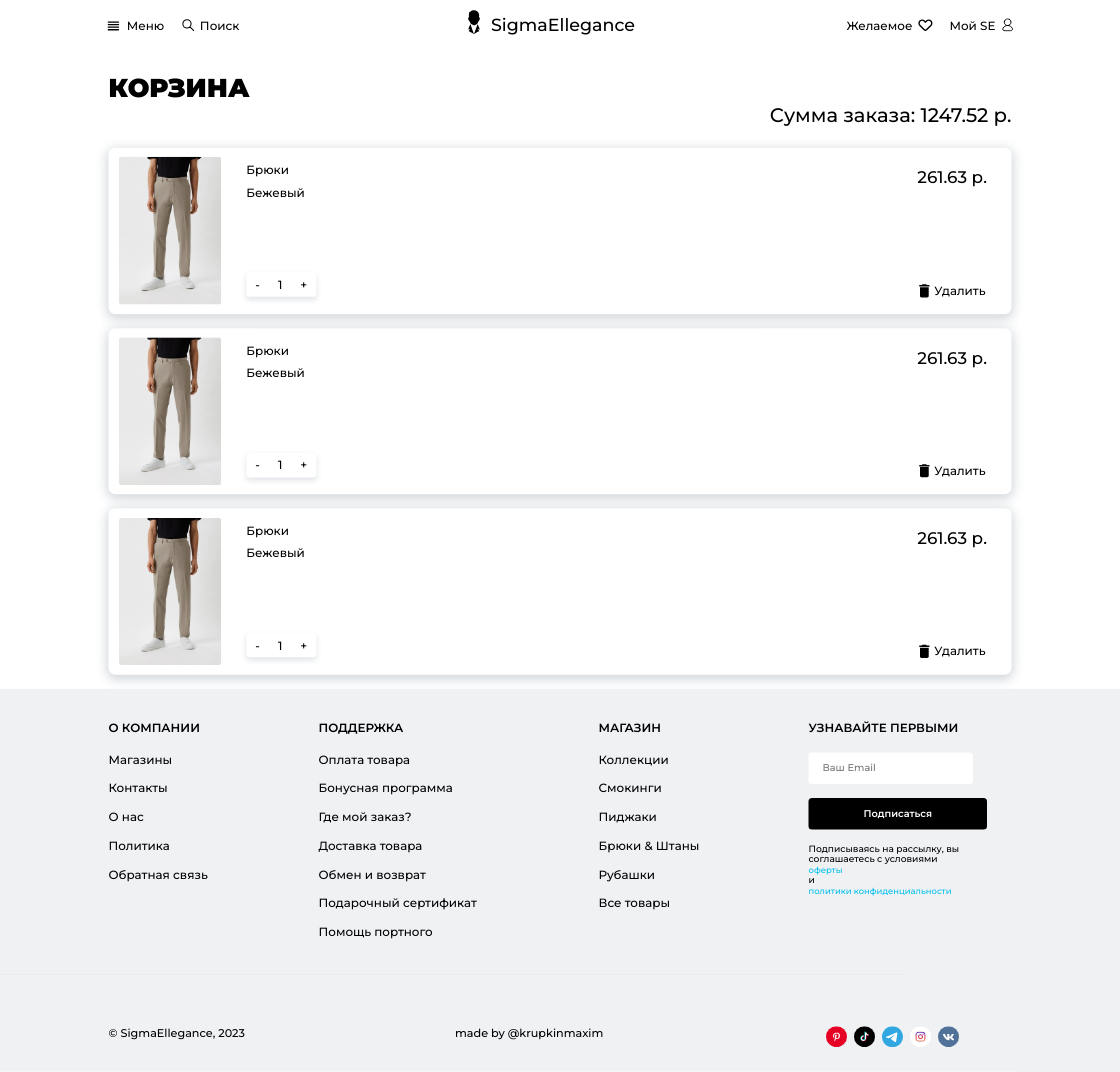
Repository: MaksimKrupkin/SigmaEllegance
Page: /cart
The author's editor kept a copy of each file at every save. The page is drawn from the files as they stood at one save, then again after the next save.
The browser window is 1280 px wide. The page is 1600 px wide, so the pictures cover 1600 px, including what lies to the right of the window. The pictures show the whole page, at 70% of full size.
Some web fonts or font styles are not loaded; a fallback is used. The project was rebuilt for these pictures with package versions that can differ from the ones it lists, and the page was loaded fresh each time. Also part of the build but not shown: src/Components/SideBar/SideBar.module.css, src/Components/SideBar/SideBar.jsx, src/Pages/HomePage.module.css, src/Components/SliderWrapper/SliderWrapper.module.css, src/Components/SliderCard/SliderCard.module.css, src/Components/SliderCard/SliderCard.jsx, src/Components/LeftArrow/LeftArrow.module.css, src/Components/LeftArrow/LeftArrow.jsx and 31 more.

Above is the page before, as saved 2023-12-19 22:39:22.

### public/index.html
<!DOCTYPE html>
<html lang="en">
  <head>
    <meta charset="utf-8" />

    <meta name="viewport" content="width=device-width, initial-scale=1" />
    <link rel="icon" type="image/png" href="./favicon.png" sizes="32x32" />
    <link rel="preconnect" href="https://fonts.googleapis.com" />
    <link rel="preconnect" href="https://fonts.gstatic.com" crossorigin />
    <link
      href="https://fonts.googleapis.com/css2?family=Roboto:wght@400;500;700&display=swap"
      rel="stylesheet" />
    <link
      href="https://fonts.googleapis.com/css2?family=Montserrat:ital,wght@0,300;0,500;0,600;0,900;1,400;1,500&family=Roboto:wght@400;500;700&display=swap"
      rel="stylesheet" />
    <link rel="preconnect" href="https://fonts.googleapis.com" />
    <link rel="preconnect" href="https://fonts.gstatic.com" crossorigin />
    <link
      href="https://fonts.googleapis.com/css2?family=Montserrat:wght@300&family=Roboto:wght@400;500;700&display=swap"
      rel="stylesheet" />
    <link href="https://fonts.cdnfonts.com/css/montserrat" rel="stylesheet" />
    <title>SigmaEllegance</title>
  </head>
  <body>
    <div id="root"></div>
  </body>
</html>

### src/index.js
import React from 'react';
import ReactDOM from 'react-dom/client';
import App from './App';
import { BrowserRouter } from 'react-router-dom';
import { Provider } from 'react-redux';
import { store } from './Redux/store';

const root = ReactDOM.createRoot(document.getElementById('root'));
root.render(
  <Provider store={store}>
    <React.StrictMode>
      <BrowserRouter>
        <App />
      </BrowserRouter>
    </React.StrictMode>
  </Provider>,
);

### src/App.js
import React, { useState, useEffect, useRef } from 'react';
import Header from './Components/Header/Header';
import HomePage from './Pages/HomePage';
import styles from './App.module.css';
import GoodsPage from './Pages/GoodsPage/GoodsPage';
import OpenGoodPage from './Pages/OpenGoodPage/OpenGoodPage';
import Footer from './Components/Footer/Footer';
import { BrowserRouter, Route, Routes, useParams } from 'react-router-dom';
import AboutUs from './Pages/AboutUs/AboutUs';
import SearchPage from './Pages/SearchPage/SearchPage';
import Contacts from './Pages/Contacts/Contacts';
import Payment from './Pages/Payment/Payment';
import Cart from './Pages/Cart/Cart';

function App() {
  const { category, id } = useParams();
  const [sidebarOpen, setSidebarOpen] = useState(false);

  const closeSidebar = () => {
    setSidebarOpen(false);
  };

  useEffect(() => {
    const handleOutsideClick = (event) => {};

    document.addEventListener('mousedown', handleOutsideClick);

    return () => {
      document.removeEventListener('mousedown', handleOutsideClick);
    };
  }, []);
  return (
    <div className={styles.container}>
      <Header />
      <Routes>
        <Route path="/" element={<HomePage />} />
        <Route path="/goodspage/" element={<GoodsPage />} />
        <Route path="/goodspage/:category" element={<GoodsPage />} />
        <Route path="/goodspage/:category/:id" element={<OpenGoodPage />} />
        <Route path="/opengoodspage" element={<OpenGoodPage />} />
        <Route path="/opengoodspage/:category/:id" element={<OpenGoodPage />} />
        <Route path="/aboutUsPage" element={<AboutUs />} />
        <Route path="/searchPage" element={<SearchPage />} />
        <Route path="/contacts" element={<Contacts />} />
        <Route path="/payment" element={<Payment />} />
        <Route path="/cart" element={<Cart />} />
      </Routes>

      <Footer />
    </div>
  );
}

export default App;

### src/Redux/store.js
import { configureStore } from '@reduxjs/toolkit';
import cart from './slices/cartSlice';

export const store = configureStore({
  reducer: {
    cart,
  },
});

### src/Components/Header/Header.jsx
import React from 'react';
import { useState } from 'react';
import { Link } from 'react-router-dom';
import styles from './Header.module.css';
import logo from '../../assets/img/logo.svg';
import icon1 from '../../assets/img/Icon1.svg';
import icon2 from '../../assets/img/icon2.svg';
import icon3 from '../../assets/img/icon3.svg';
import icon4 from '../../assets/img/icon4.svg';
import SideBar from '../SideBar/SideBar';

function Header() {
  const [toggleMenu, setToggleMenu] = useState(false);
  const HandleToggle = () => {
    setToggleMenu(!toggleMenu);
  };
  console.log(toggleMenu);
  return (
    <header className={styles.header}>
      <div className={styles.left_part}>
        <div onClick={HandleToggle} className={styles.menu}>
          <img className={styles.icon1} src={icon1} alt="" />
          <p>Меню</p>
        </div>
        {toggleMenu && <SideBar HandleToggle={HandleToggle} />}

        <Link to="/searchPage" className={styles.search}>
          <img className={styles.icon2} src={icon2} alt="" />
          <p>Поиск</p>
        </Link>
      </div>
      <Link to="/" className={styles.logo_part}>
        <img className={styles.logo} src={logo} alt="" />
        <p>SigmaEllegance</p>
      </Link>
      <div className={styles.right_part}>
        <Link to="/cart" className={styles.liked}>
          <p>Желаемое</p>
          <img className={styles.icon3} src={icon3} alt="" />
        </Link>
        <Link className={styles.purchases}>
          <p>Мой SE</p>
          <img className={styles.icon4} src={icon4} alt="" />
        </Link>
      </div>
    </header>
  );
}

export default Header;

### src/App.module.css
body {
  font-family: 'Montserrat', sans-serif;
  display: block;
  margin: 0 auto;
  padding: 0;
  width: 100%;
  position: relative;
  overflow-x: hidden;
}
.container {
  width: 1600px;
  display: block;
  margin: 0 auto;
}

*,
*::before,
*::after {
  box-sizing: border-box;
}

/* Links */

a,
a:link,
a:visited {
  text-decoration: none;
}

a:hover {
  text-decoration: none;
}

/* Common */

aside,
nav,
header,
section,
main {
  display: block;
}

h1,
h2,
h3,
h4,
h5,
h6,
p {
  font-size: inherit;
  font-weight: inherit;
}

ul,
ul li {
  list-style: none;
}

img {
  vertical-align: top;
}

img,
svg {
  max-width: 100%;
  height: auto;
}

address {
  font-style: normal;
}

/* Form */

input,
textarea,
button,
select {
  font-family: inherit;
  font-size: inherit;
  color: inherit;
  background-color: transparent;
}

input::-ms-clear {
  display: none;
}

button,
input[type='submit'] {
  display: inline-block;
  box-shadow: none;
  background-color: transparent;
  background: none;
  cursor: pointer;
}

input:focus,
input:active,
button:focus,
button:active {
  outline: none;
}

button::-moz-focus-inner {
  padding: 0;
  border: 0;
}

label {
  cursor: pointer;
}

legend {
  display: block;
}

### src/Components/Footer/Footer.jsx
import React from 'react';
import icon1 from '../../assets/img/pint.svg';
import icon2 from '../../assets/img/TT.svg';
import icon3 from '../../assets/img/TG.svg';
import icon4 from '../../assets/img/IG.svg';
import icon5 from '../../assets/img/VK.svg';
import styles from './Footer.module.css';

export default function Footer() {
  return (
    <footer className={styles.footer}>
      <div className={styles.column_1}>
        <a className={styles.column_title}>О компании</a>
        <a className={styles.column_item}> Магазины</a>
        <a className={styles.column_item}>Контакты</a>
        <a className={styles.column_item}>О нас</a>
        <a className={styles.column_item}>Политика</a>
        <a className={styles.column_item}>Обратная связь</a>
      </div>
      <div className={styles.column_2}>
        <a className={styles.column_title}>Поддержка</a>
        <a className={styles.column_item}> Оплата товара</a>
        <a className={styles.column_item}>Бонусная программа</a>
        <a className={styles.column_item}>Где мой заказ?</a>
        <a className={styles.column_item}>Доставка товара</a>
        <a className={styles.column_item}>Обмен и возврат</a>
        <a className={styles.column_item}>Подарочный сертификат</a>
        <a className={styles.column_item}>Помощь портного</a>
      </div>
      <div className={styles.column_3}>
        <a className={styles.column_title}>Магазин</a>
        <a className={styles.column_item}> Коллекции</a>
        <a className={styles.column_item}>Смокинги</a>
        <a className={styles.column_item}>Пиджаки</a>
        <a className={styles.column_item}>Брюки & Штаны</a>
        <a className={styles.column_item}>Рубашки</a>
        <a className={styles.column_item}>Все товары</a>
      </div>
      <div className={styles.footer_form}>
        <div className={styles.footer_form_title}>Узнавайте первыми</div>
        <form action={styles.text}>
          <input className={styles.footer_form_email} type="text" placeholder="Ваш Email" />
        </form>
        <div className={styles.footer_button}>
          <div className={styles.footer_link}>Подписаться</div>
        </div>
        <div className={styles.policy}>
          Подписываясь на рассылку, вы соглашаетесь с условиями{' '}
          <a href="" className={styles.policy_link}>
            оферты
          </a>{' '}
          и <a className={styles.policy_link}>политики конфиденциальности</a>{' '}
        </div>
      </div>
      <div className={styles.footer_border}>
        <img src="/img/Border.svg" alt="" />
      </div>
      <div className={styles.sigma_corp}>© SigmaEllegance, 2023</div>
      <div className={styles.made_by}>made by @krupkinmaxim</div>
      <div className={styles.social_networks}>
        <img className={styles.pintrest} src={icon1} alt="" />
        <img className={styles.tik_tok} src={icon2} alt="" />
        <img className={styles.telegram} src={icon3} alt="" />
        <img className={styles.instagram} src={icon4} alt="" />
        <img className={styles.vk} src={icon5} alt="" />
      </div>
    </footer>
  );
}

### src/Pages/Cart/Cart.jsx
import React from 'react';
import styles from './Cart.module.css';
import CartGood from './CartGood/CartGoods';
import { useDispatch, useSelector } from 'react-redux';

export default function Cart() {
  const dispatch = useDispatch();
  // const cartItem = useSelector((state) => state.cart.items.find((obj) => obj.image1 === image1));

  return (
    <div className={styles.wrapper}>
      <div className={styles.container}>
        <div className={styles.title}>Корзина</div>
        <div className={styles.sum}>Сумма заказа: 1247.52 р.</div>
        <CartGood />
        <CartGood />
        <CartGood />
      </div>
    </div>
  );
}

### src/Redux/slices/cartSlice.js
import { createSlice } from '@reduxjs/toolkit';

const initialState = {
  totalPrice: 0,
  items: [],
};

const cartSlice = createSlice({
  name: 'cart',
  initialState,
  reducers: {
    // addItem(state, action) {
    //   state.items.push(action.payload);
    //   state.totalPrice = state.items.reduce((sum, obj) => {
    //     return obj.price + sum;
    //   }, 0);
    // },
    addItem(state, action) {
      const findItem = state.items.find((obj) => obj.image1 === action.payload.image1);
      if (findItem) {
        findItem.count++;
      } else {
        state.items.push({
          ...action.payload,
          count: 1,
        });
      }
      state.totalPrice = state.items.reduce((sum, obj) => {
        return obj.price * obj.count + sum;
      }, 0);
    },
    removeItem(state, action) {
      state.items = state.items.filter((obj) => obj.id !== action.payload);
    },
  },
});

export const { addItem, removeItem } = cartSlice.actions;

export default cartSlice.reducer;

### src/Components/Header/Header.module.css
.header {
  font-family: 'Montserrat', sans-serif;
  margin: 0 auto;
  width: 100%;
  height: 10vh;
  display: flex;
  justify-content: space-around;
  align-items: center;
}

.left_part {
  display: flex;
  justify-content: space-between;
  align-items: center;
  gap: 25px;
  color: #000;
  margin-bottom: -2px;

  font-family: Montserrat;
  font-size: 17px;
  font-style: normal;
  font-weight: 500;
  line-height: normal;
}
.menu {
  display: flex;
  justify-content: space-between;
  align-items: center;
  gap: 8px;
  cursor: pointer;
}
.menu:hover {
  color: rgb(80, 77, 77);
}
.icon1 {
  width: 22px;
  height: 22px;
  margin-bottom: 1px;
}
.search {
  display: flex;
  justify-content: space-between;
  align-items: center;
  gap: 8px;
  cursor: pointer;
  color: black;
}

.search:hover {
  color: rgb(80, 77, 77);
}
.icon2 {
  width: 18px;
  height: 18px;
  margin-bottom: 3px;
}

.logo_part {
  margin-bottom: 3px;
  display: flex;
  justify-content: space-between;
  align-items: center;

  color: #000;

  font-family: Montserrat;
  font-size: 25px;
  font-style: normal;
  font-weight: 400;
  line-height: normal;
  cursor: pointer;
}

.logo {
  width: 67.375px;
  height: 69.103px;
  flex-shrink: 0;
  margin-right: -10px;
}
.right_part {
  margin-bottom: -2px;
  display: flex;
  justify-content: space-between;
  align-items: center;
  gap: 23px;
  font-family: Montserrat;
  font-size: 17px;
  font-style: normal;
  font-weight: 500;
  line-height: normal;
}

.liked {
  color: black;
  display: flex;
  justify-content: space-between;
  align-items: center;
  gap: 8px;
  cursor: pointer;
}
.liked:hover {
  color: rgb(80, 77, 77);
}
.icon3 {
  width: 22px;
  height: 22px;
  margin-bottom: 3px;
}

.purchases {
  color: black;
  display: flex;
  justify-content: space-between;
  align-items: center;
  gap: 8px;
  cursor: pointer;
}
.purchases:hover {
  color: rgb(80, 77, 77);
}

.icon4 {
  width: 19px;
  height: 19px;
  margin-bottom: 3px;
}

### src/Components/Footer/Footer.module.css
.footer {
  background-color: #eff1f3;
  width: 1600px;
  height: 547px;
  position: absolute;
  overflow-y: hidden;
  margin-top: 0px;
}
a {
  display: block;
}

.column_1 {
  position: absolute;
  top: 45px;
  left: 155px;
}

.column_2 {
  position: absolute;
  top: 45px;
  left: 455px;
}

.column_3 {
  position: absolute;
  top: 45px;
  left: 855px;
}
.column_title {
  font-style: normal;
  font-weight: 600;
  font-size: 17px;
  line-height: 21px;
  text-transform: uppercase;
  color: #000000;
  margin-bottom: 25px;
}

.column_item {
  font-family: 'Montserrat';
  font-style: normal;
  font-weight: 400;
  font-size: 17px;
  line-height: 21px;
  color: #000000;
  margin-bottom: 20px;
  cursor: pointer;
}

.footer_form {
  position: absolute;
  top: 45px;
  left: 1155px;
}

.footer_form_title {
  font-style: normal;
  font-weight: 600;
  font-size: 17px;
  line-height: 21px;
  text-transform: uppercase;
  color: #000000;
  margin-bottom: 25px;
}
.footer {
  opacity: 1;
}
.footer_form_email {
  width: 235px;
  height: 45px;
  background-color: white;
  border: none;
  border-radius: 5px;
  font-style: normal;
  font-weight: 400;
  font-size: 14px;
  line-height: 17px;
  padding-left: 20px;
  color: rgba(0, 0, 0, 0.4);
}
.footer_form_email:focus {
  border: 2px solid black;
}

.footer_button {
  margin-top: 20px;
  margin-bottom: 20px;
  width: 255px;
  background-color: #000000;
  border-radius: 5px;
  text-align: center;
  font-style: normal;
  font-weight: 600;
  font-size: 14px;
  line-height: 45px;
  color: #ffffff;
  cursor: pointer;
}
.footer_link {
  color: #ffffff;
}

.policy {
  width: 254px;
  font-style: normal;
  font-weight: 400;
  font-size: 13px;
  line-height: 15px;
  color: #000000;
}
.policy_link {
  font-style: normal;
  font-weight: 400;
  font-size: 12px;
  line-height: 15px;
  color: #00bfed;
}

.footer_border {
  position: absolute;
  bottom: 120px;
}

.sigma_corp {
  position: absolute;
  left: 155px;
  bottom: 45px;

  font-weight: 500;
}

.made_by {
  position: absolute;
  left: 650px;
  bottom: 45px;
  font-weight: 500;
}

.social_networks {
  position: absolute;
  left: 1180px;
  bottom: 35px;
}
.pintrest {
  width: 30px;
  height: 30px;
  margin-right: 10px;
  transition: all 0.1s ease-in;
  cursor: pointer;
}
.pintrest:hover {
  width: 35px;
  height: 35px;
  transform: translateY(-3px);
}
.tik_tok {
  width: 30px;
  height: 30px;
  margin-right: 10px;
  transition: all 0.1s ease-in;
  cursor: pointer;
}
.tik_tok:hover {
  width: 35px;
  height: 35px;
  transform: translateY(-3px);
}
.telegram {
  width: 30px;
  height: 30px;
  margin-right: 10px;
  transition: all 0.1s ease-in;
  cursor: pointer;
}
.telegram:hover {
  width: 35px;
  height: 35px;
  transform: translateY(-3px);
}
.instagram {
  width: 30px;
  height: 30px;
  margin-right: 10px;
  transition: all 0.1s ease-in;
  cursor: pointer;
}
.instagram:hover {
  width: 35px;
  height: 35px;
  transform: translateY(-3px);
}
.vk {
  width: 30px;
  height: 30px;
  margin-right: 10px;
  transition: all 0.1s ease-in;
  cursor: pointer;
}
.vk:hover {
  width: 35px;
  height: 35px;
  transform: translateY(-3px);
}

### src/Pages/Cart/Cart.module.css
.wrapper {
  width: 1600px;
  min-height: 90vh;
  display: flex;
  justify-content: center;
}
.container {
  width: 1290px;
}
.title {
  margin-top: 30px;
  color: #000;

  font-family: Montserrat;
  font-size: 37px;
  font-style: normal;
  font-weight: 700;
  line-height: normal;
  text-transform: uppercase;
}
.sum {
  font-size: 28px;
  font-weight: 500;
  text-align: right;
  margin-bottom: 30px;
}

### src/Pages/Cart/CartGood/CartGoods.jsx
import React from 'react';
import styles from './CartGood.module.css';
import image from '../../../assets/img/bruki-1.webp';
import { MdDelete } from 'react-icons/md';

export default function CartGood() {
  return (
    <div className={styles.good_item}>
      <img className={styles.goods_img} src={image} alt="" />
      <div className={styles.left}>
        <div className={styles.goods_data}>
          <p className={styles.goods_type}>Брюки</p>
          <p className={styles.goods_color}>Бежевый</p>
        </div>
        <div className={styles.goods_count}>
          <div>-</div>
          <div>1</div>
          <div>+</div>
        </div>
      </div>
      <div className={styles.right}>
        <p className={styles.goods_price}>261.63 р.</p>
        <div className={styles.goods_delete}>
          <MdDelete fontSize={25} />
          <p className={styles.delete_text}>Удалить</p>
        </div>
      </div>
    </div>
  );
}

### src/Pages/Cart/CartGood/CartGood.module.css
.good_item {
  padding: 15px;

  width: 100%;
  height: 33vh;
  border-radius: 10px;
  display: flex;
  justify-content: space-between;
  align-items: center;
  -webkit-box-shadow: 0px 4px 15px 3px rgba(34, 60, 80, 0.2);
  -moz-box-shadow: 0px 4px 15px 3px rgba(34, 60, 80, 0.2);
  box-shadow: 0px 4px 15px 3px rgba(34, 60, 80, 0.2);
  margin-bottom: 20px;
  transition: all 0.15s ease-out;
}
.good_item:hover {
  -webkit-box-shadow: 0px 7px 18px 9px rgba(34, 60, 80, 0.24);
  -moz-box-shadow: 0px 7px 18px 9px rgba(34, 60, 80, 0.24);
  box-shadow: 0px 7px 18px 9px rgba(34, 60, 80, 0.24);
}

.goods_img {
  width: 146px;
  border-radius: 4px;
}
.left {
  display: flex;
  flex-direction: column;
  align-items: space-between;
  gap: 100px;
  margin-left: -820px;
}
.goods_data {
  display: flex;
  flex-direction: column;
  justify-content: start;
  gap: 10px;
  font-size: 17px;
  font-weight: 500;
}
.goods_count {
  font-size: 17px;
  cursor: pointer;
  display: flex;
  align-items: center;
  justify-content: space-around;
  width: 100px;
  height: 35px;
  border-radius: 5px;
  margin: 0;

  -webkit-box-shadow: 0px 4px 7px 1px rgba(34, 60, 80, 0.12);
  -moz-box-shadow: 0px 4px 7px 1px rgba(34, 60, 80, 0.12);
  box-shadow: 0px 4px 7px 1px rgba(34, 60, 80, 0.12);
}
.goods_type {
  line-height: 17px;
  margin: 0;
}
.goods_color {
  line-height: 17px;
  padding-bottom: 5px;
  margin: 0;
  margin-top: 5px;
}
.right {
  margin-top: 30px;
  margin-right: 20px;
  height: 100%;
  display: flex;
  flex-direction: column;
  align-items: end;
  font-size: 17px;
  font-weight: 500;
  gap: 120px;
}
.goods_price {
  font-size: 24px;
  margin: 0;
  margin-top: -2px;
}
.goods_delete {
  margin: 0;
  margin-right: 2px;
  display: flex;
  justify-content: space-between;
  align-items: center;
  gap: 2px;
  cursor: pointer;
  transition: all 0.2s ease-in;
}
.goods_delete:hover {
  color: rgb(203, 28, 28);
}

After the next save:
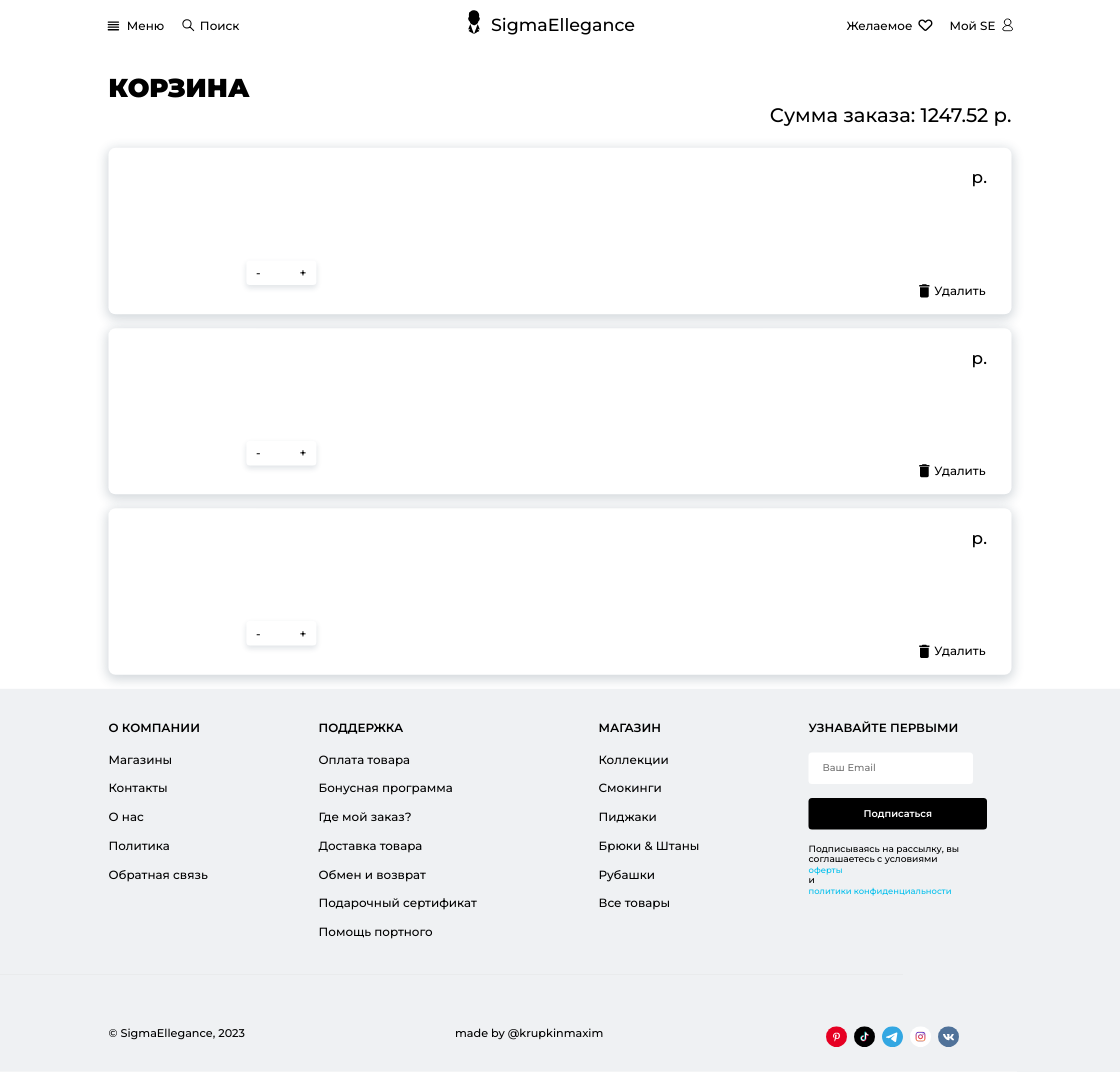
Saved 6 min 1 s later.
--- a/src/Pages/Cart/CartGood/CartGoods.jsx
+++ b/src/Pages/Cart/CartGood/CartGoods.jsx
@@ -3,23 +3,23 @@ import styles from './CartGood.module.css';
 import image from '../../../assets/img/bruki-1.webp';
 import { MdDelete } from 'react-icons/md';
 
-export default function CartGood() {
+export default function CartGood({ price, image1, type, color, count }) {
   return (
     <div className={styles.good_item}>
-      <img className={styles.goods_img} src={image} alt="" />
+      <img className={styles.goods_img} src={image1} alt="" />
       <div className={styles.left}>
         <div className={styles.goods_data}>
-          <p className={styles.goods_type}>Брюки</p>
-          <p className={styles.goods_color}>Бежевый</p>
+          <p className={styles.goods_type}>{type}</p>
+          <p className={styles.goods_color}>{color}</p>
         </div>
         <div className={styles.goods_count}>
           <div>-</div>
-          <div>1</div>
+          <div>{count}</div>
           <div>+</div>
         </div>
       </div>
       <div className={styles.right}>
-        <p className={styles.goods_price}>261.63 р.</p>
+        <p className={styles.goods_price}>{price} р.</p>
         <div className={styles.goods_delete}>
           <MdDelete fontSize={25} />
           <p className={styles.delete_text}>Удалить</p>
